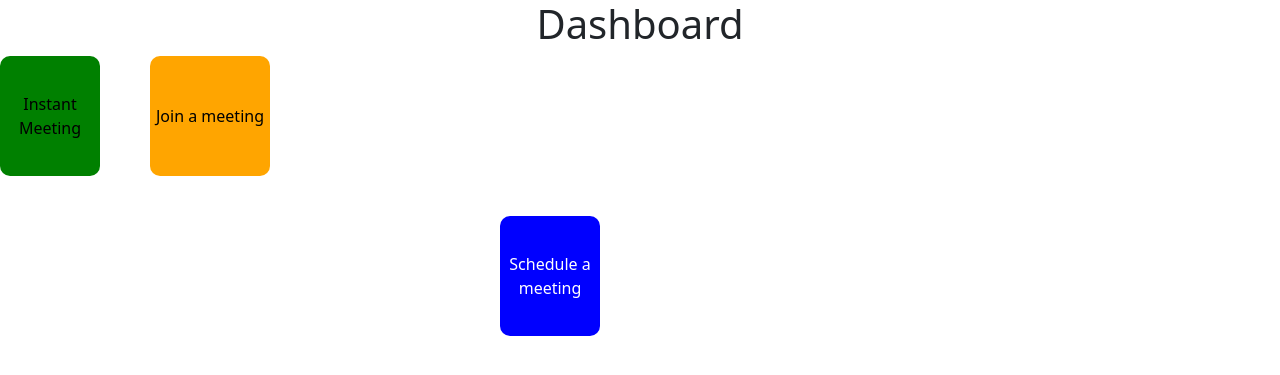
Repository: sreech465/myexam
Page: /
An editor plug-in stored every save of this project. The page is shown before and after the next save, followed by the edit.
The browser window is 1280 px wide. The pictures show the whole page.
The project was rebuilt for these pictures with package versions that can differ from the ones it lists, and the page was loaded fresh each time. Also part of the build but not shown: src/Jmeet.js, src/Smeet.js, src/Joinmeet.js.

Above is the page before, as saved 2023-01-14 17:30:45.

After the next save:
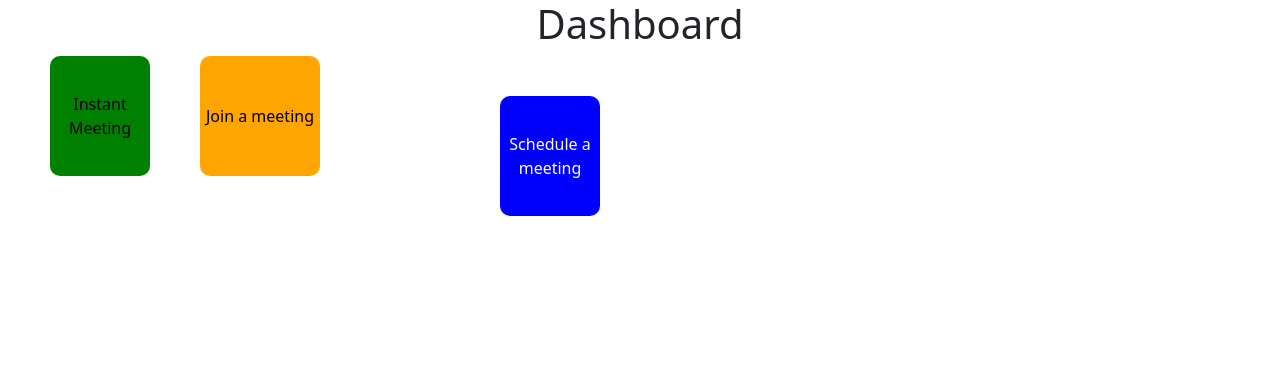
Saved 13 s later.
--- a/src/Details.js
+++ b/src/Details.js
@@ -16,7 +16,7 @@ const Details = () => {
   return (
     <div className="App">
       <h1>Dashboard</h1>
-      <div style={{ display: "flex", left: 50 }}>
+      <div style={{ display: "flex", left: 50, position: "fixed" }}>
         <button
           style={{
             backgroundColor: "green",
